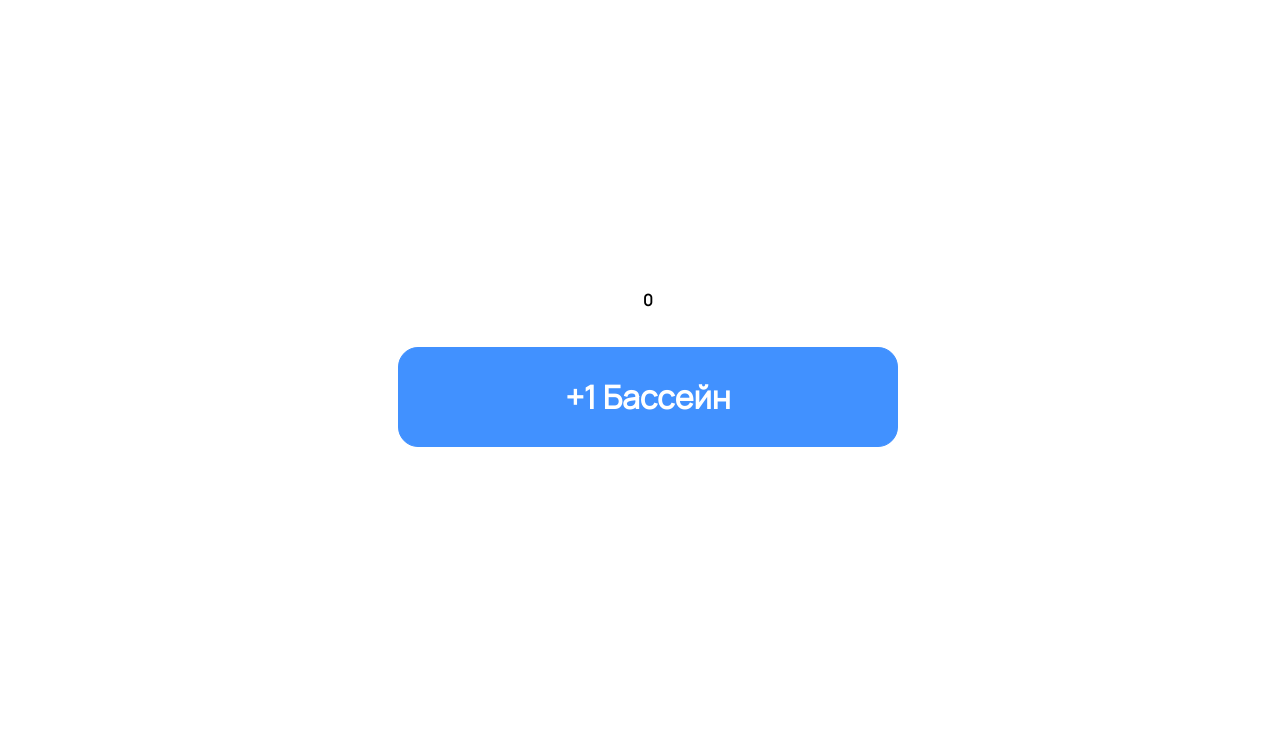
Repository: Huseynov98/js-practice
Page: index.html
The author's editor kept a copy of each file at every save. The page is drawn from the files as they stood at one save, then again after the next save.
The browser window is 1280 px wide. The page is 1288 px wide, so the pictures cover 1288 px, including what lies to the right of the window. The pictures show the whole page.

Above is the page before, as saved 2023-05-15 10:29:24.

### index.html
<!DOCTYPE html>
<html lang="en">

<head>
    <meta charset="UTF-8">
    <meta http-equiv="X-UA-Compatible" content="IE=edge">
    <meta name="viewport" content="width=device-width, initial-scale=1.0">
    <link rel="shortcut icon" href="./resources/favicon.png" type="image/x-icon">
    <link rel="preconnect" href="https://fonts.googleapis.com">
    <link rel="preconnect" href="https://fonts.gstatic.com" crossorigin>
    <link href="https://fonts.googleapis.com/css2?family=Manrope&display=swap" rel="stylesheet">
    <link rel="stylesheet" href="./CSS/index.css">
    <title> Counter App </title>
</head>

<body>
    <div class="counter">
        <div class="counter__value">0</div>
        <button class="counter__addButton">+1 Бассейн</button>
    </div>




    <script src="./JS/index.js"></script>
</body>

</html>

### CSS/index.css
body {
  font-family: "Manrope", sans-serif;
  font-weight: 700;
  width: 100%;
  overflow-x: hidden;
}
button {
  font-family: inherit;
  cursor: pointer;
}
.counter {
  margin: 0 auto;
  width: 700px;
  height: 100vh;
  display: flex;
  align-items: center;
  justify-content: center;
  flex-direction: column;
  gap: 36px;
}
.counter__addButton {
  font-family: "Manrope", sans-serif;
  width: 500px;
  height: 100px;
  background: #4191ff;
  border-radius: 20px;
  border: 1px solid #4191ff;
  color: #ffffff;
  font-weight: 700;
  font-size: 32px;
  line-height: 44px;
}

Loaded but not shown: JS/index.js (empty)

After the next save:
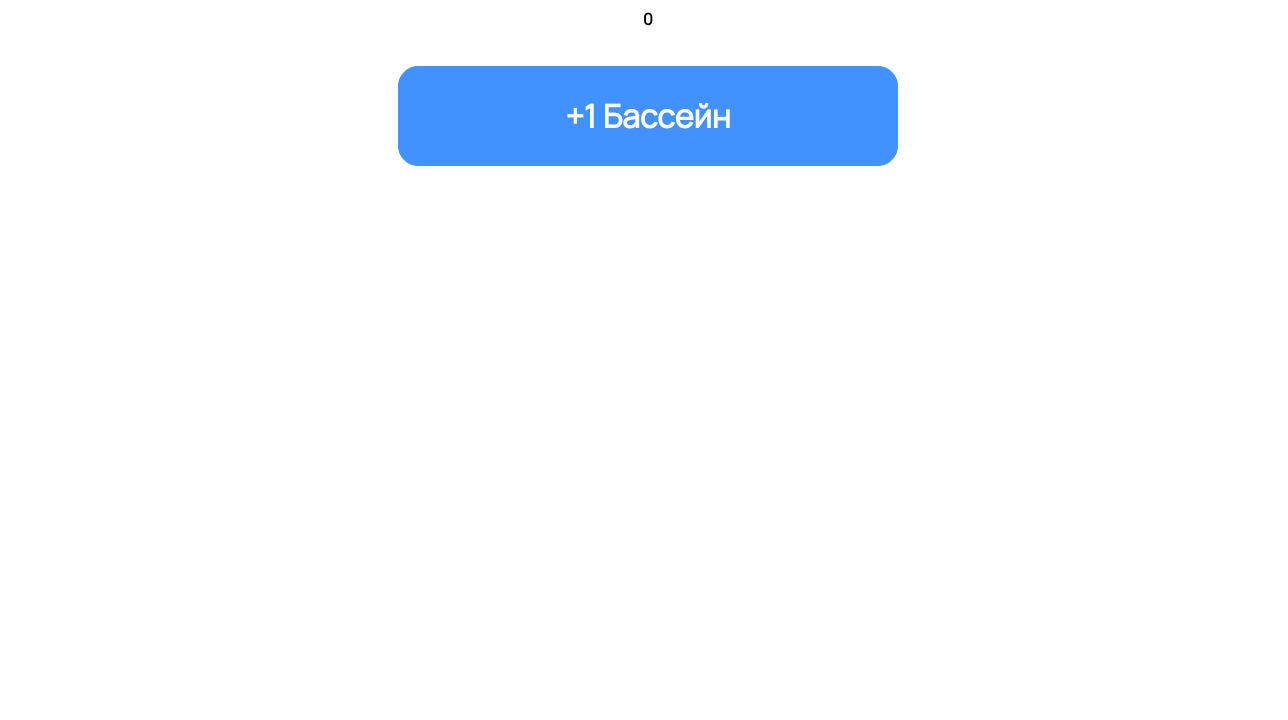
Saved 4 s later.
--- a/CSS/index.css
+++ b/CSS/index.css
@@ -11,7 +11,6 @@
 .counter {
   margin: 0 auto;
   width: 700px;
-  height: 100vh;
   display: flex;
   align-items: center;
   justify-content: center;

After the save that followed:
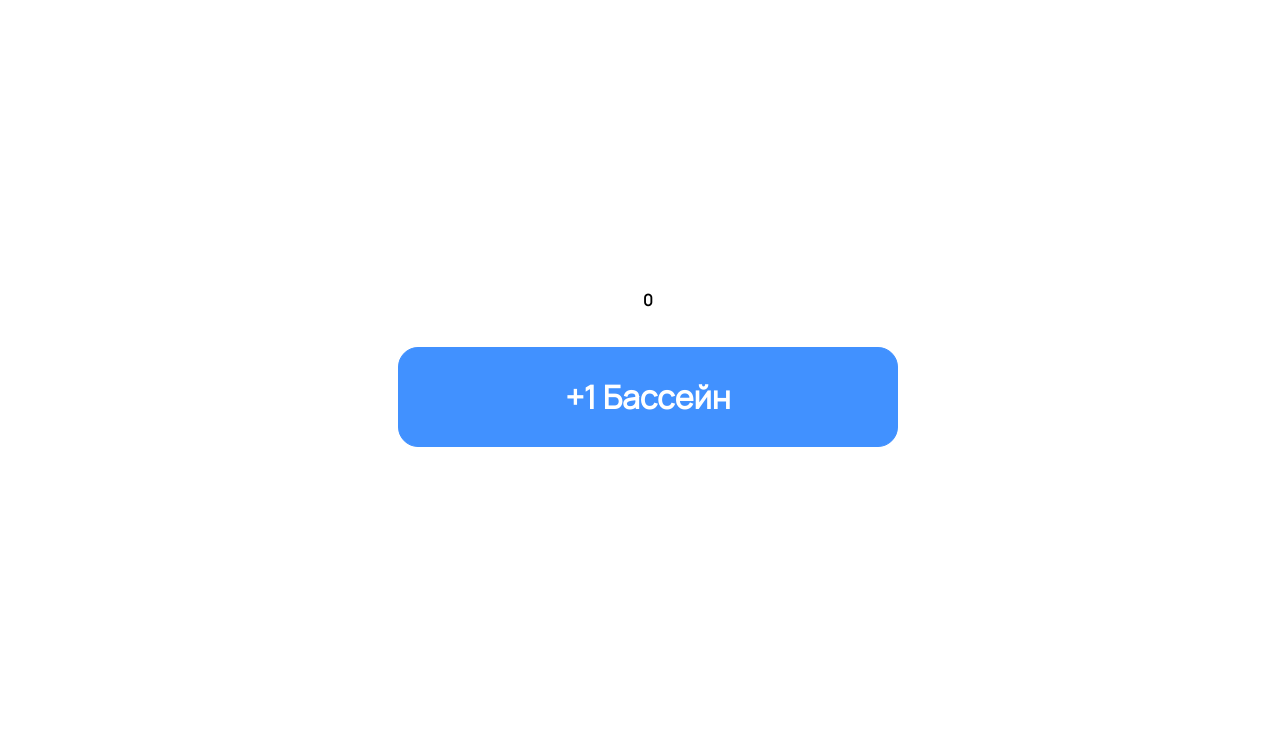
Saved 10 s later.
--- a/CSS/index.css
+++ b/CSS/index.css
@@ -11,6 +11,7 @@
 .counter {
   margin: 0 auto;
   width: 700px;
+  height: 100vh;
   display: flex;
   align-items: center;
   justify-content: center;
